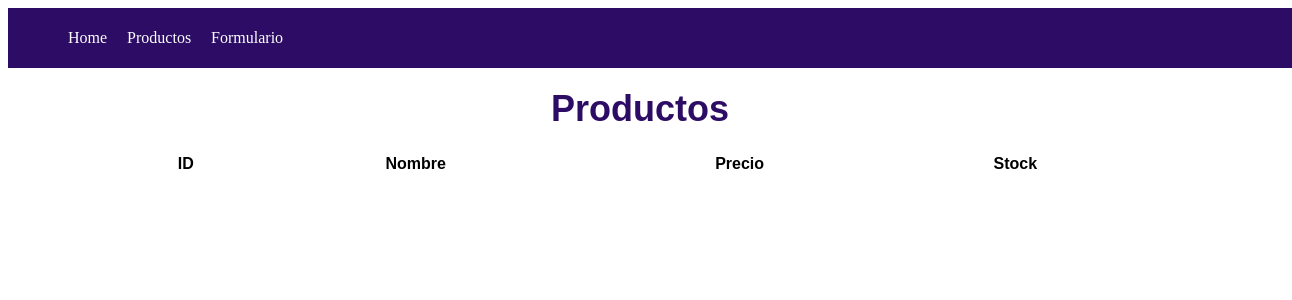
Repository: LadyJohana20/clases
Page: Clase-05-nodesass/public/pages/productos.html
These files come from the project's save history. The page is drawn as it stood at one moment and after the next save; the edit follows.
The browser window is 1280 px wide. The page is 1292 px wide, so the pictures cover 1292 px, including what lies to the right of the window. The pictures show the whole page.
The style sheet was rebuilt from its Sass, Less or Tailwind sources for each picture, by a compiler version that may differ from the author's.

Above is the page before, as saved 2026-01-27 22:06:53.
Console error: TypeError: Cannot set properties of null (setting 'innerText')

After the next save:
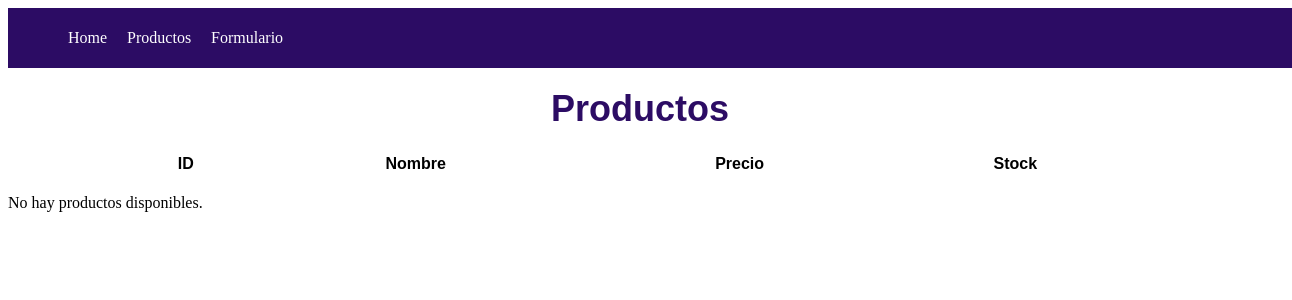
Saved 3 min 46 s later.
--- a/Clase-05-nodesass/public/pages/productos.html
+++ b/Clase-05-nodesass/public/pages/productos.html
@@ -31,6 +31,10 @@
         </tbody>
     </table>
 
+    <p id="sin-productos" class="titulo">
+        No hay productos disponibles.
+    </p>
+
     <script src="../js/productos.js"></script>
 </body>
 </html>
